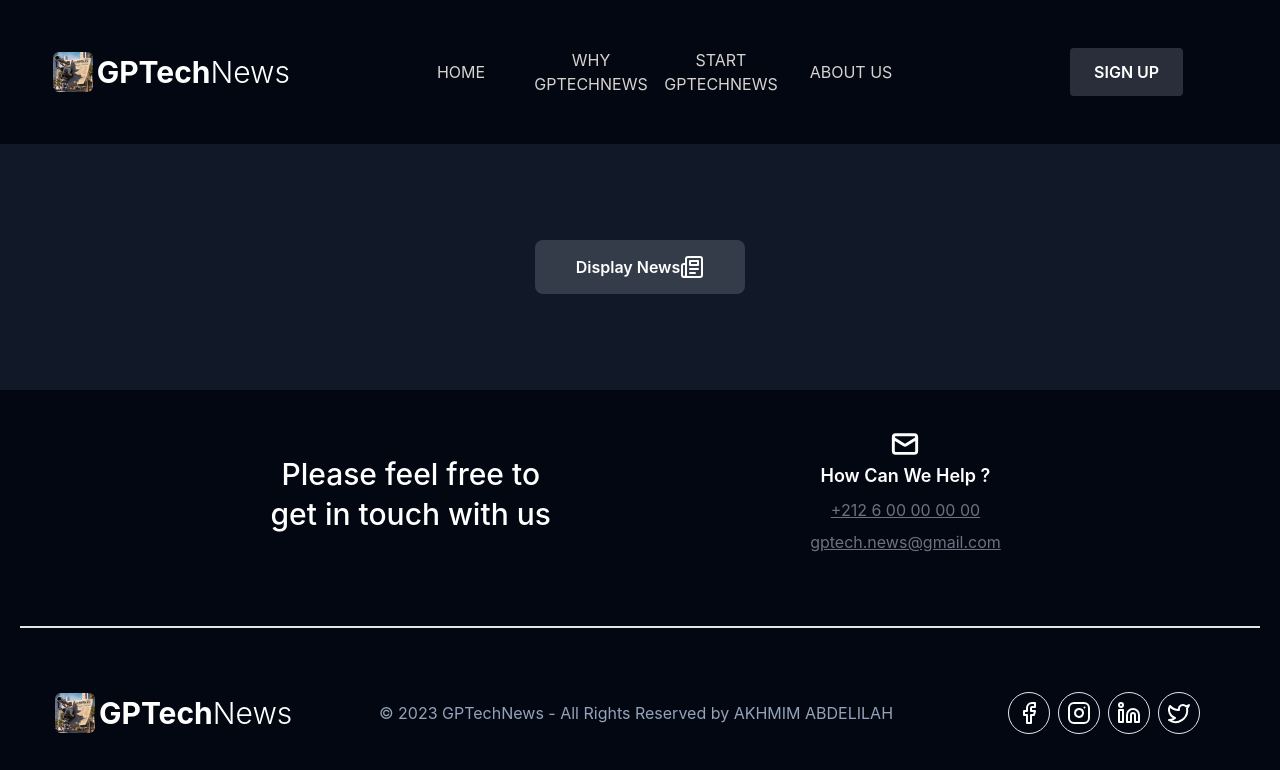
Repository: Lablab-me-Hackathon/gptech-news-frontend
Page: /
These files come from the project's save history. The page is drawn as it stood at one moment and after a run of saves; the edit follows.
The browser window is 1280 px wide. The pictures show the whole page.
The project was rebuilt for these pictures with package versions that can differ from the ones it lists, and the page was loaded fresh each time. Also part of the build but not shown: vite.config.js.

Above is the page before, as saved 2023-08-05 17:03:16.

After the next 2 saves:
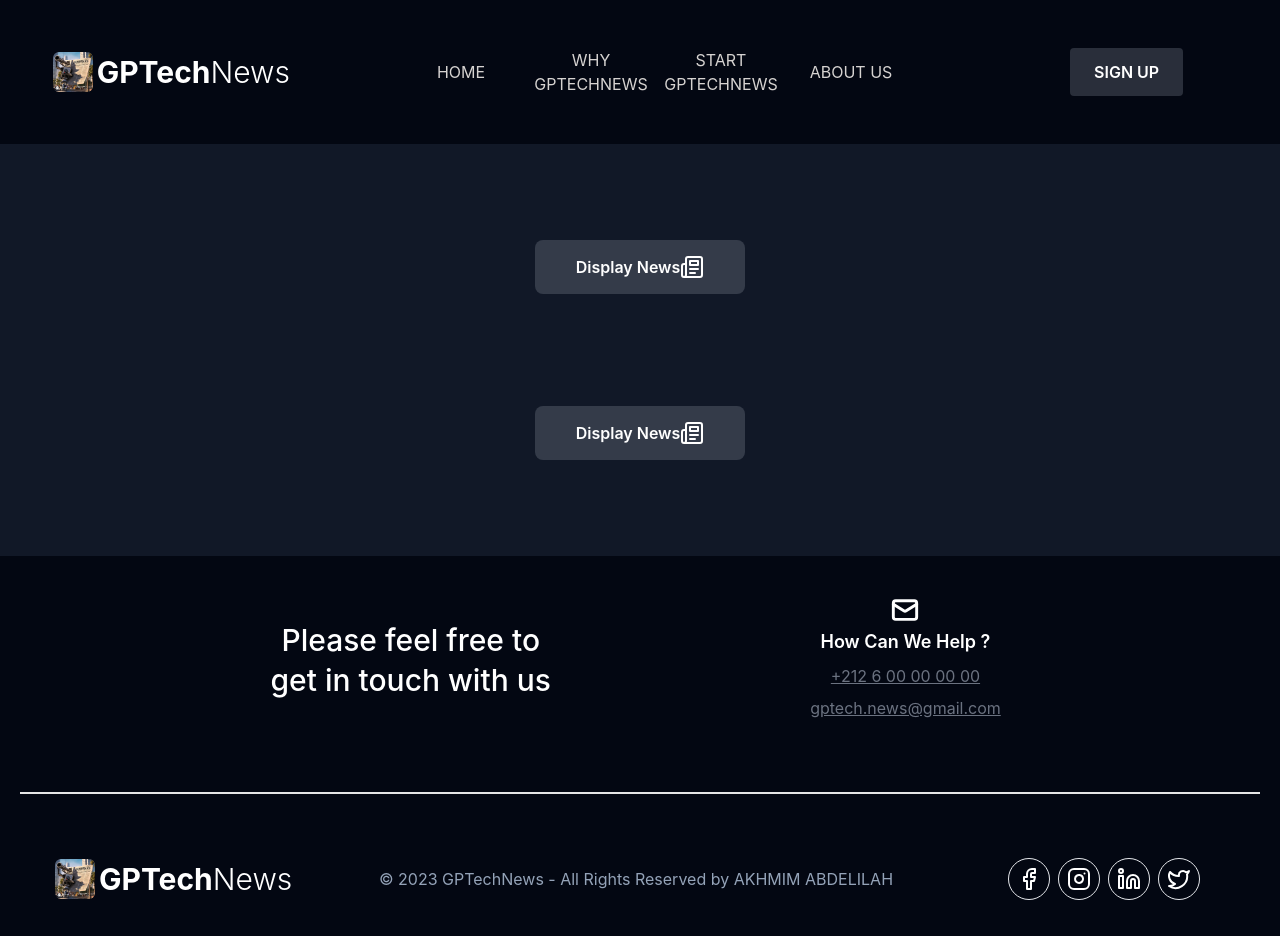
The 2 saves are shown as one change because they came seconds apart.
The last was saved 18 min 59 s later.
--- a/src/components/Main.jsx
+++ b/src/components/Main.jsx
@@ -13,6 +13,13 @@
           </div>
 
       </div>
+      <div className="w-full flex-box">
+
+          <div className="flex-box flex-col">
+            <Button />
+          </div>
+
+      </div>
     </div>
   );
 }
